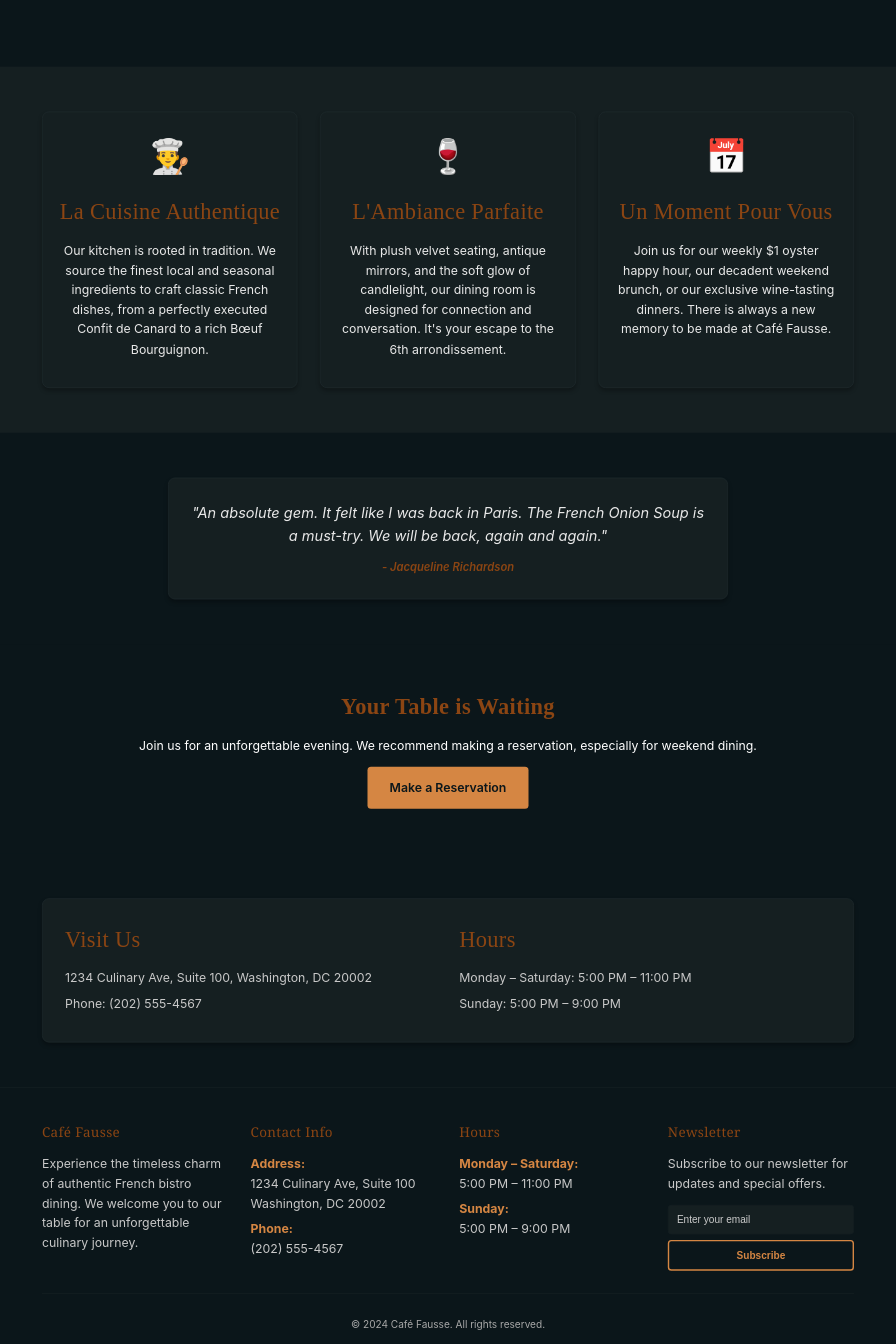
Repository: MatVanDenArt/MSSE-Cafe-Fausse
Page: / (app in frontend/)
These files come from the project's save history. The page is drawn as it stood at one moment and after the next save; the edit follows.
The browser window is 1280 px wide. The pictures show the part of the page from y = 785 to 2705 px (the page is 2705 px tall before and 2371 px after), at 70% of full size.
The page's requests for data from a server got no answer. The project was rebuilt for these pictures with package versions that can differ from the ones it lists, and the page was loaded fresh each time. No one was signed in, and anything a server would have sent is missing. Also part of the build but not shown: frontend/src/pages/Menu.css, frontend/src/pages/Menu.js, frontend/src/pages/Reservations.css, frontend/src/pages/Reservations.js, frontend/src/pages/About.css, frontend/src/pages/About.js, frontend/src/pages/Gallery.css, frontend/src/pages/Gallery.js.

Above is the page before, as saved 2025-10-26 15:49:44.

After the next save:
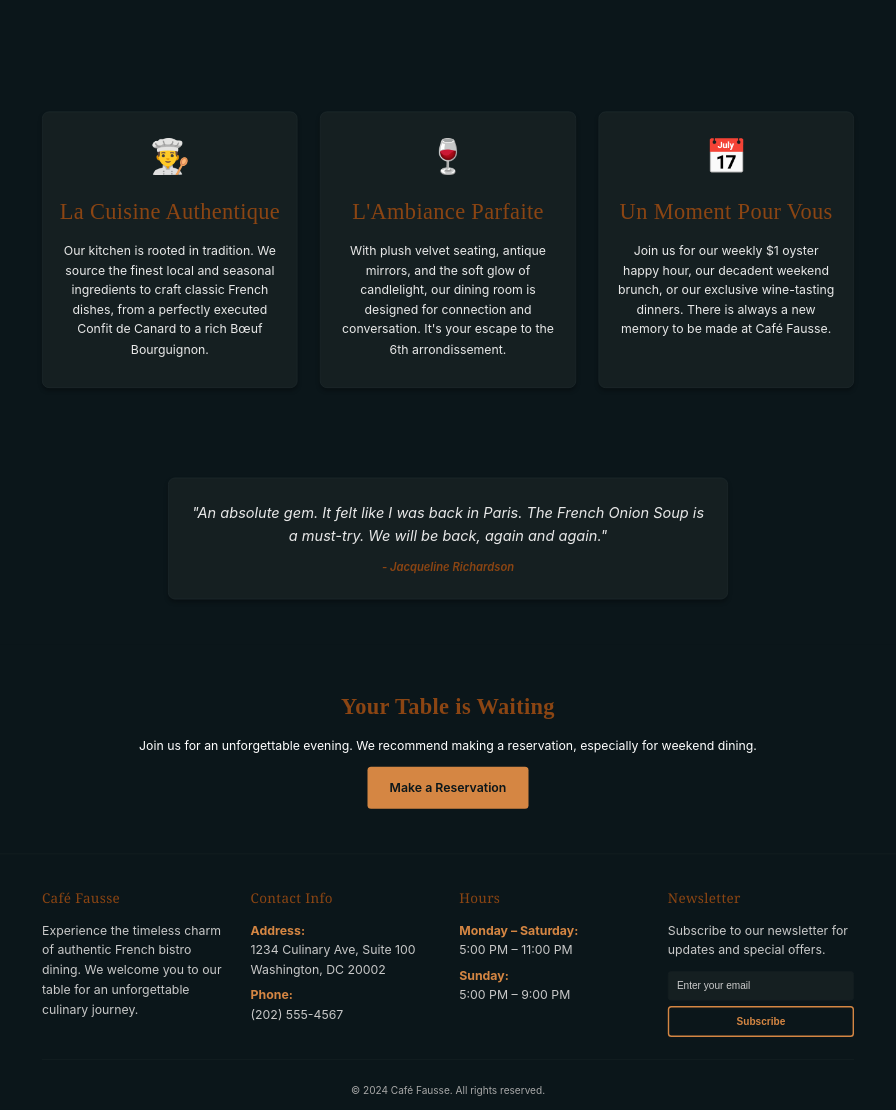
Saved 17 min 26 s later.
--- a/frontend/src/pages/Home.js
+++ b/frontend/src/pages/Home.js
@@ -80,7 +80,7 @@ const Home = () => {
       </section>
 
       {/* Featured Pillars Section */}
-      <section className="section section-light">
+      <section className="section">
         <div className="container">
           <div className="grid grid-3">
             <div className="card">
@@ -149,30 +149,6 @@ const Home = () => {
           </Link>
         </div>
       </section>
-
-      {/* Contact Info Section */}
-      {restaurantInfo && (
-        <section className="section">
-          <div className="container">
-            <div className="contact-info">
-              <div className="grid grid-2">
-                <div>
-                  <h3>Visit Us</h3>
-                  <p>{restaurantInfo.address}</p>
-                  <p>Phone: {restaurantInfo.phone}</p>
-                </div>
-                <div>
-                  <h3>Hours</h3>
-                  <p>
-                    Monday – Saturday: {restaurantInfo.hours.monday_saturday}
-                  </p>
-                  <p>Sunday: {restaurantInfo.hours.sunday}</p>
-                </div>
-              </div>
-            </div>
-          </div>
-        </section>
-      )}
     </div>
   );
 };
